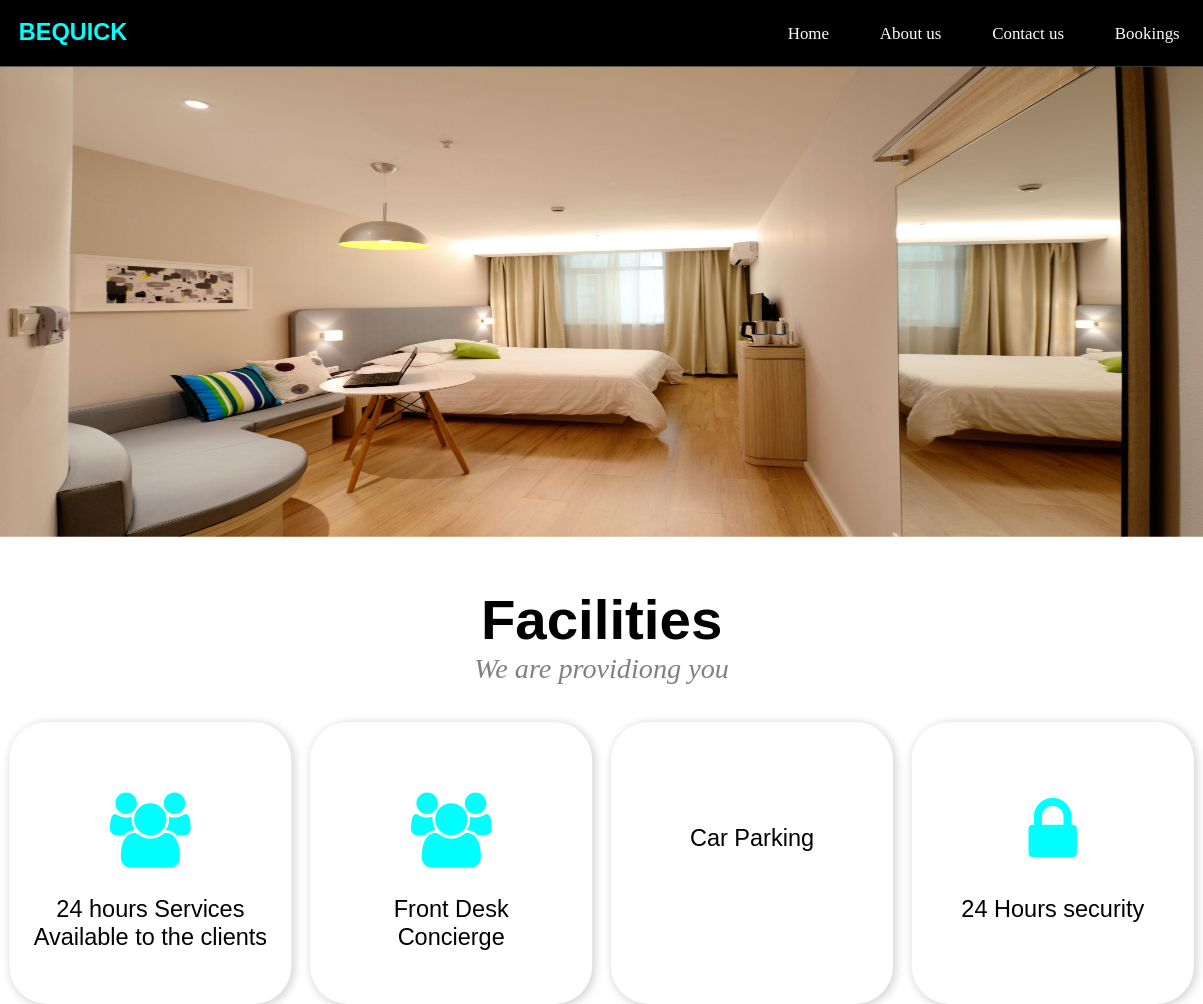
Repository: Ayushi6Sharma/BEQUICK_Hotel_Booking_Web
Page: index.html
These files come from the project's save history. The page is drawn as it stood at one moment and after the next save; the edit follows.
The browser window is 1280 px wide. The pictures show the whole page, at 94% of full size.

Above is the page before, as saved 2022-05-09 01:12:28.

After the next save:
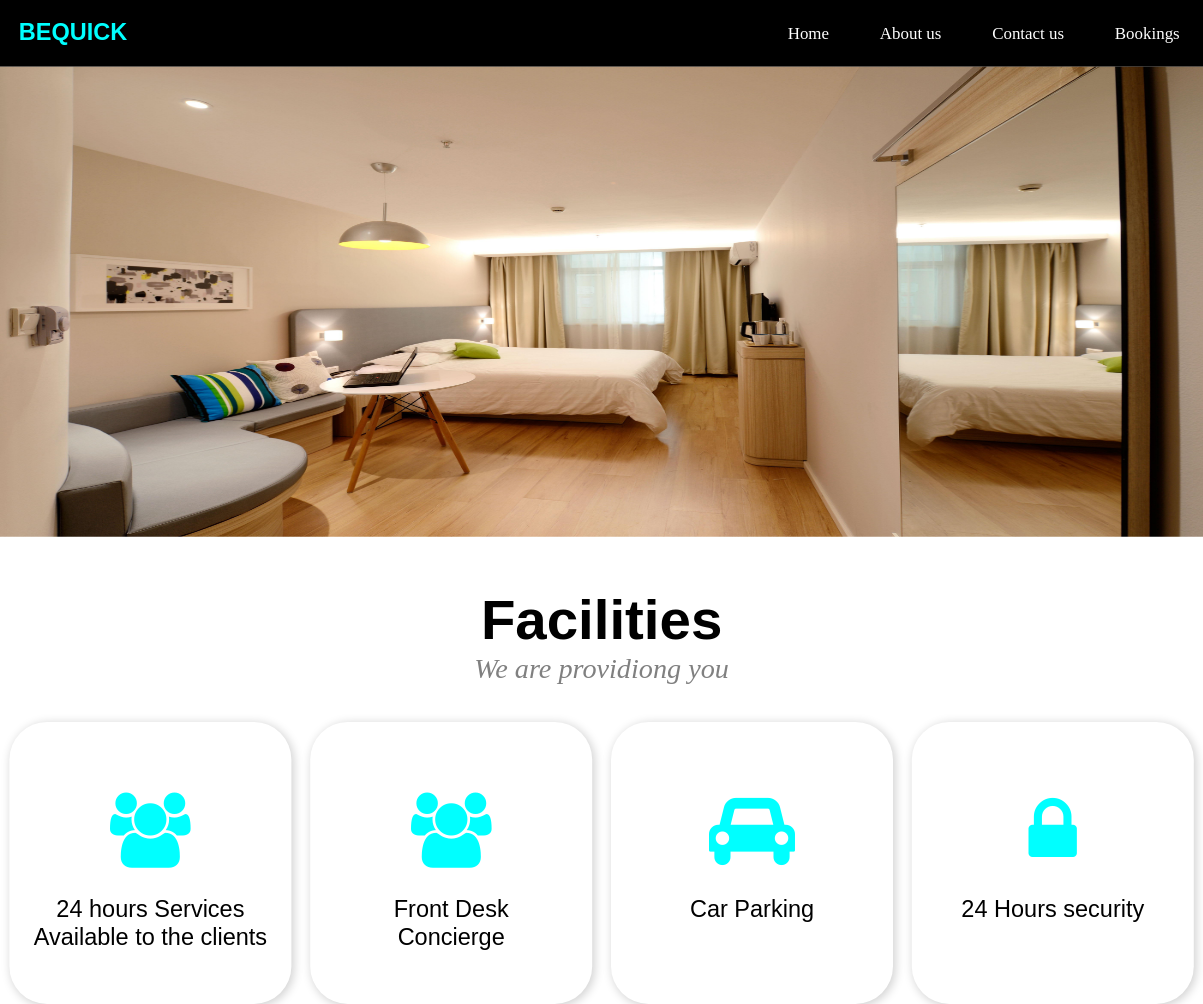
Saved 54 s later.
--- a/index.html
+++ b/index.html
@@ -56,7 +56,7 @@
                 </div>
                 <div class="flex1-item3">
                     <div class="facilities">
-                        <i class="fa fa-square-parking fa-5x"></i>
+                        <i class="fa fa-car fa-5x"></i>
                         <div class="facilities-content">
                             Car Parking
                         </div>
